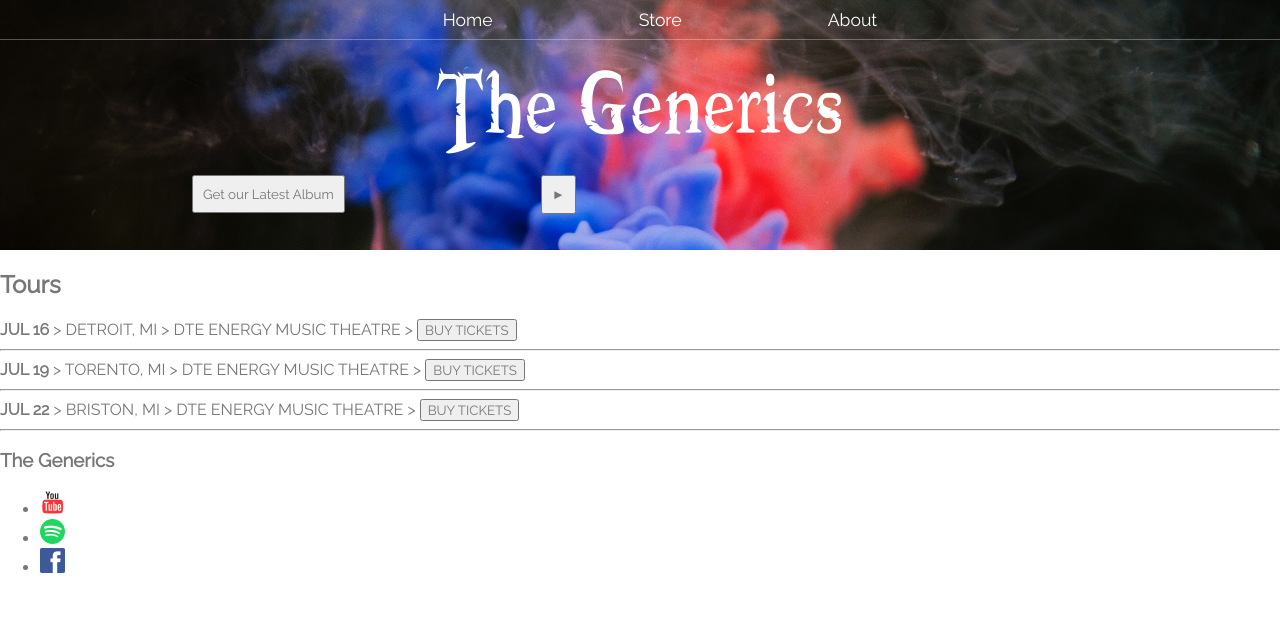
Repository: nazmulhaquep/WebDesign
Page: WebDevSimplified/index.html
These files come from the project's save history. The page is drawn as it stood at one moment and after the next save; the edit follows.
The browser window is 1280 px wide. The pictures show the whole page.
Some web fonts or font styles are not loaded; a fallback is used.

Above is the page before, as saved 2023-11-26 10:42:16.

### WebDevSimplified/index.html
<!DOCTYPE html>
<html lang="en">
<head>
    <meta charset="UTF-8">
    <meta name="viewport" content="width=device-width, initial-scale=1.0">
    <title>The Generics</title>
    <meta name="description" content="This is the description">
    <link rel="stylesheet" href="styles.css" />
</head>
<body>
    <header class="main-header">
        <nav class="nav main-nav">
            <ul>
                <li><a href="index.html">Home</a></li>
                <li><a href="store.html">Store</a></li>
                <li><a href="about.html">About</a></li>
            </ul>
        </nav>

        <h1 class="band-name band-name-larger"> The Generics </h1>
        <button class="btn btn-header">Get our Latest Album</button>

        <button class="btn">&#9658;</button>
    </header>
    <section>
        <h2>Tours</h2>
        <div>
            <div>
                <strong>JUL 16 </strong>
                 &it;&gt;
                <span> DETROIT, MI </span>
                 &it;&gt;
                <span> DTE ENERGY MUSIC THEATRE</span>
                 &it;&gt;
                <button type="button">BUY TICKETS </button>
                <hr/>
            </div>

            <div>
                <strong>JUL 19</strong>
                 &it;&gt;
                <span> TORENTO, MI </span>
                 &it;&gt;
                <span> DTE ENERGY MUSIC THEATRE</span>
                 &it;&gt;
                <button type="button">BUY TICKETS </button>
                <hr/>
            </div>

            <div>
                <strong>JUL 22</strong>
                 &it;&gt;
                <span> BRISTON, MI </span>
                 &it;&gt;
                <span> DTE ENERGY MUSIC THEATRE</span>
                 &it;&gt;
                <button type="button">BUY TICKETS </button>
                <hr/>
            </div>

        </div>
    </section>
    <footer>
        <h3>The Generics</h3>
        <ul>
            <li><img src="images/YouTube Logo.png"> </li>
            <li><img src="images/Spotify Logo.png"> </li>
            <li><img src="images/Facebook Logo.png"> </li>
        </ul>
    </footer>
</body>
</html>

### WebDevSimplified/styles.css
/* import font*/
@import url('https://fonts.googleapis.com/css2?family=Raleway:ital,wght@0,400;1,300&display=swap');
@import url('https://fonts.googleapis.com/css2?family=Metal+Mania');

/* import local font */
@font-face {
    font-family: "Booter - Zero Zero";
    src: url("Fonts/Booter - Zero Zero.woff") format(woff),
         url("fonts/Booter - Zero Zero.woff2") format(woff2);
         font-weight: normal;
         font-style:normal;
}

/* all width and padding adjust with device width */
*{
    box-sizing:border-box;
    font-family: Raleway;
    color:#777;
}

html,body{
   margin:0;
   padding:0;
}

.main-header{
    background-image: url('images/Header Background.jpg');
    background-size: cover;
    padding-bottom: 30px;
}

.nav ul{
    margin:0px;
}

.nav li{
    display:inline;
}

.nav a{
    display: inline-block; /*to apply margin and padding */
    padding: .5em;
    list-style: none;
    text-decoration: none;
    color:white;
}

.main-nav{
    text-align:center;
    font-size:1.1em;
    font-weight: lighter;
    border-bottom: 1px solid rgba(255,255,255, .3);
}

.main-nav li{
    padding:0 5%;
}

.band-name{
    text-align:center;
    margin:0;
    font-size:4em;
    font-family:"Booter - Zero Zero";
    color:#fff;
    font-weight:normal;
}

.band-name-larger{
    font-size:8em;
}
.content-section{
    margin:1em;
}
.container{
    max-width:900px;
    margin:0 auto;
    padding:0 1.5em;
}

.section-header{
    font-family: 'Metal Mania';
    font-weight: normal;
    color:#333;
    text-align: center;
    font-size:2.5em;
}

.about-band-image{
    float:left;
    height: 200px;
    width: 200px;
    margin:15px;
    border-radius: 50%;
}

.main-footer{
    background-color:#56ccf2;
    color:#fff;
    padding:.25em 0;
}

.main-footer-container{
    display: flex;
    align-items: center;
}

.main-footer-container ul{
    flex-grow:1;
    text-align:end;
}

.btn{
    text-align: center;
    vertical-align: middle;
    padding:.67em;
    cursor: pointer;
}

.btn-header{
    margin: .5em 15% ;
}



.footer-nav li{
    padding: 0 .5em;
}

.footer-nav img{
    width:30px;
    height: 30px;
}

After the next save:
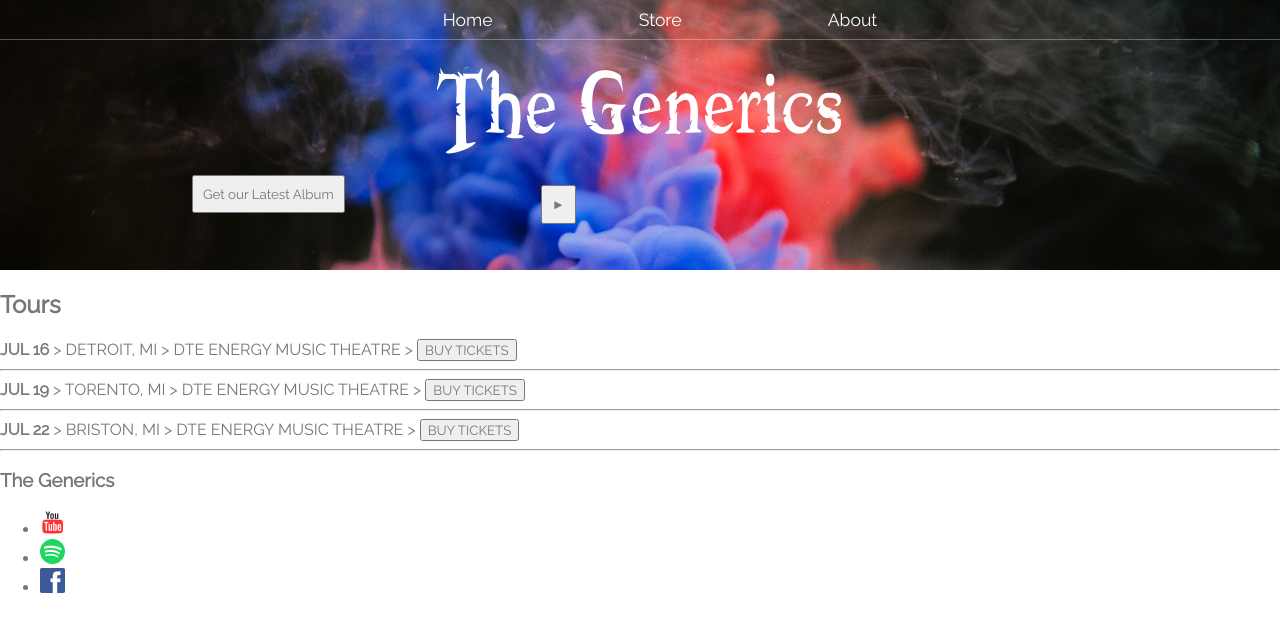
Saved 11 s later.
--- a/WebDevSimplified/styles.css
+++ b/WebDevSimplified/styles.css
@@ -117,7 +117,7 @@ html,body{
 }
 
 .btn-header{
-    margin: .5em 15% ;
+    margin: .5em 15% 2em 15%;
 }
 
 
